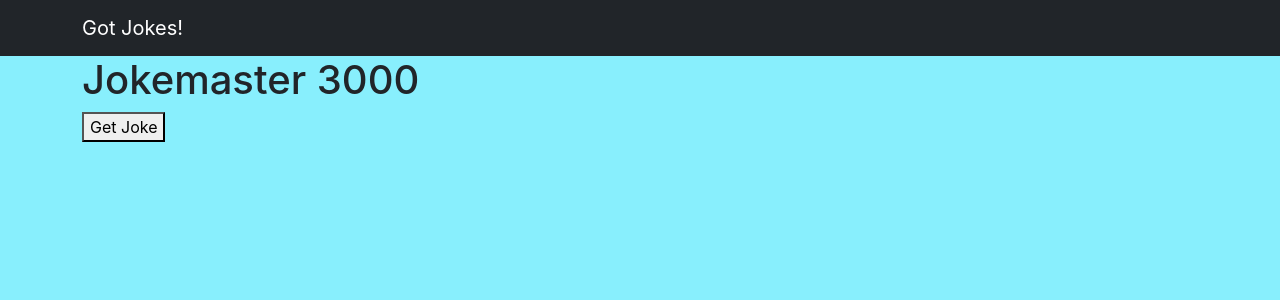
Repository: jontslater/LAB-joke-generator-react
Page: /
An editor plug-in stored every save of this project. The page is shown before and after the next save, followed by the edit.
The browser window is 1280 px wide. The pictures show the whole page.
The project was rebuilt for these pictures with package versions that can differ from the ones it lists, and the page was loaded fresh each time. The framework's server and built-in components were replaced by stand-ins that run in the browser. Also part of the build but not shown: next.config.js.

Above is the page before, as saved 2024-01-12 16:57:39.

After the next save:
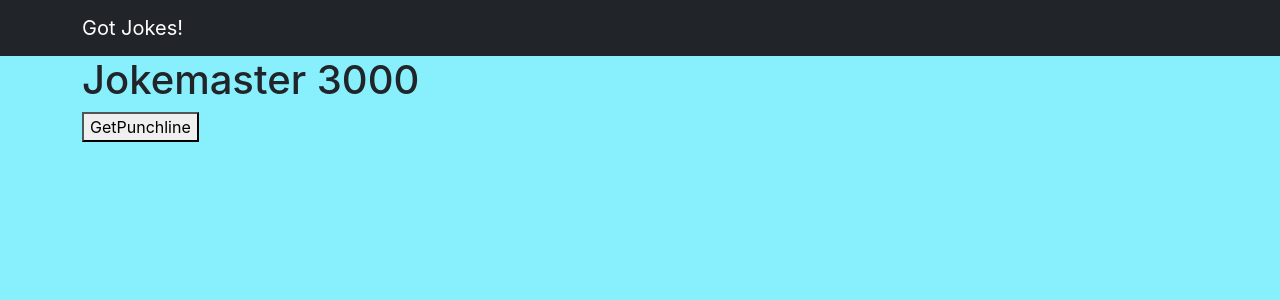
Saved 17 s later.
--- a/components/Jokes.js
+++ b/components/Jokes.js
@@ -32,7 +32,7 @@ function Jokes() {
           type="button"
           title="2"
           onClick={(getJokes)}
-        > Get Joke
+        > GetPunchline
         </button>
         )}
         {jokes.delivery}
